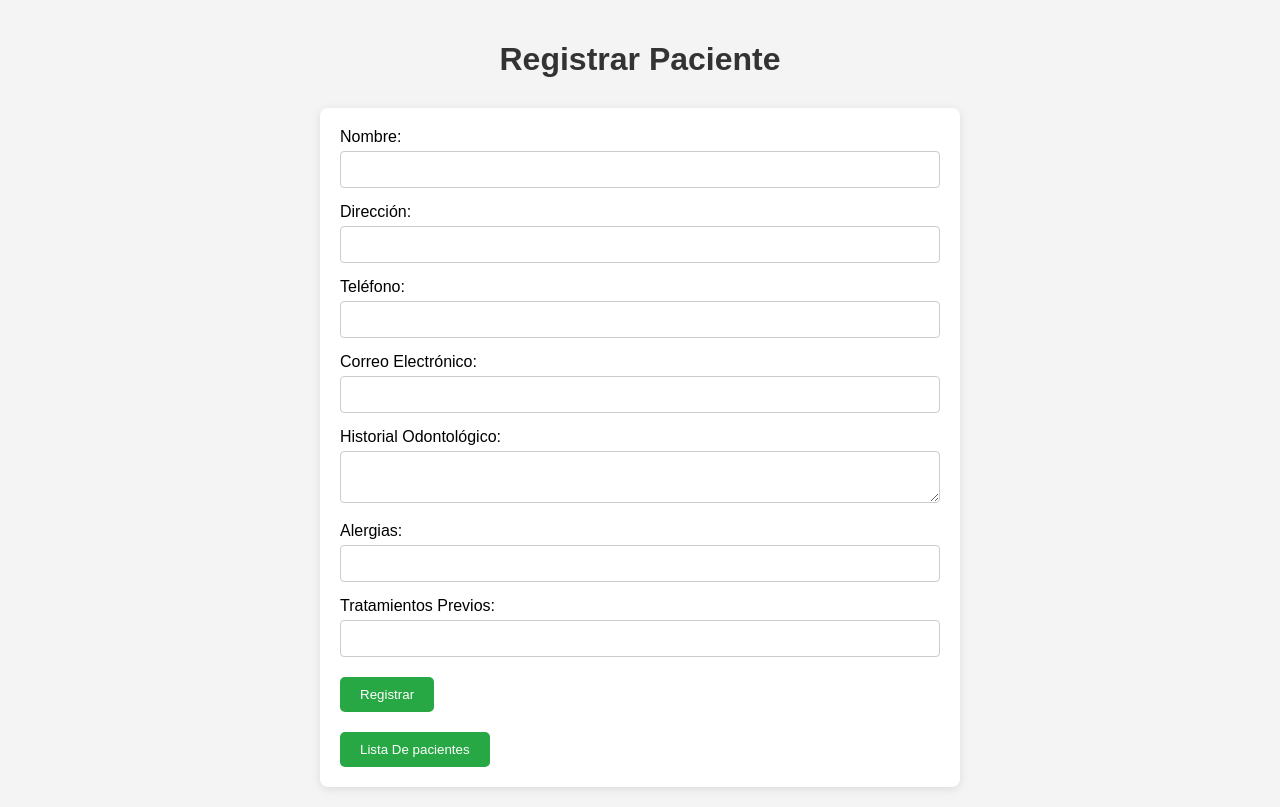
Repository: Aimarvera/LPII_EF_VeraDuran
Page: http://localhost/RegistrarPaciente
These files come from the project's save history. The page is drawn as it stood at one moment and after the next save; the edit follows.
The browser window is 1280 px wide. The pictures show the whole page.
The page is this project's Thymeleaf template; nobody is signed in. The template is opened directly, without the code that normally fills it, so the values that code supplies are empty.

Above is the page before, as saved 2024-10-24 08:52:54.

### Clinica/src/main/resources/templates/RegistrarPaciente.html
<!DOCTYPE html>
<html xmlns:th="http://www.thymeleaf.org">
<head>
    <meta charset="UTF-8">
    <title>Registrar Paciente</title>
    <style>
        body {
            font-family: Arial, sans-serif;
            background-color: #f4f4f4;
            margin: 0;
            padding: 20px;
        }

        h1 {
            color: #333;
            text-align: center;
            margin-bottom: 30px; /* Espaciado debajo del título principal */
        }

        form {
            background-color: white;
            padding: 20px;
            border-radius: 8px; /* Esquinas redondeadas */
            box-shadow: 0 2px 10px rgba(0, 0, 0, 0.1); /* Sombra para el formulario */
            max-width: 600px; /* Ancho máximo del formulario */
            margin: 0 auto; /* Centrar el formulario en la página */
        }

        div {
            margin-bottom: 15px; /* Espacio entre los elementos del formulario */
        }

        label {
            display: block; /* Hacer que las etiquetas ocupen todo el ancho */
            margin-bottom: 5px; /* Espaciado debajo de la etiqueta */
        }

        input, textarea {
            width: 100%; /* Ancho completo para inputs y textareas */
            padding: 10px; /* Espaciado interno */
            border: 1px solid #ccc; /* Borde gris */
            border-radius: 4px; /* Esquinas redondeadas */
            box-sizing: border-box; /* Incluir padding en el ancho total */
        }

        button {
            background-color: #28a745; /* Color de fondo verde */
            color: white; /* Color del texto */
            padding: 10px 20px; /* Espaciado interno */
            border: none; /* Sin borde */
            border-radius: 5px; /* Esquinas redondeadas */
            cursor: pointer; /* Cambia el cursor al pasar el mouse */
            transition: background-color 0.3s; /* Transición suave */
            display: block; /* Para que ocupe el ancho completo */
            margin-top: 20px; /* Espaciado encima del botón */
        }

        button:hover {
            background-color: #218838; /* Color al pasar el mouse */
        }

        a {
            display: block; /* Hacer que el enlace ocupe toda la línea */
            text-align: center; /* Centrar el texto del enlace */
            margin-top: 20px; /* Espaciado encima del enlace */
            color: #007bff; /* Color del enlace */
            text-decoration: none; /* Sin subrayado */
        }

        a:hover {
            text-decoration: underline; /* Subrayar al pasar el mouse */
        }
    </style>
	</head>
	<body>
	    <h1>Registrar Paciente</h1>
		<form action="/pacientes/registrar" method="post">
	        <div>
	            <label for="nombre">Nombre:</label>
	            <input type="text" id="nombre" name="nombre" required>
	        </div>
	        <div>
	            <label for="direccion">Dirección:</label>
	            <input type="text" id="direccion" name="direccion" required>
	        </div>
	        <div>
	            <label for="telefono">Teléfono:</label>
	            <input type="text" id="telefono" name="telefono" required>
	        </div>
	        <div>
	            <label for="email">Correo Electrónico:</label>
	            <input type="email" id="email" name="email" required>
	        </div>
	        <div>
	            <label for="historialOdontologico">Historial Odontológico:</label>
	            <textarea id="historialOdontologico" name="historialOdontologico" required></textarea>
	        </div>
	        <div>
	            <label for="alergias">Alergias:</label>
	            <input type="text" id="alergias" name="alergias">
	        </div>
	        <div>
	            <label for="tratamientosPrevios">Tratamientos Previos:</label>
	            <input type="text" id="tratamientosPrevios" name="tratamientosPrevios">
	        </div>
	        <button type="submit">Registrar</button>
			<button type="submit">Lista De pacientes </button>
	    </form>
	</body>
	</html>

After the next save:
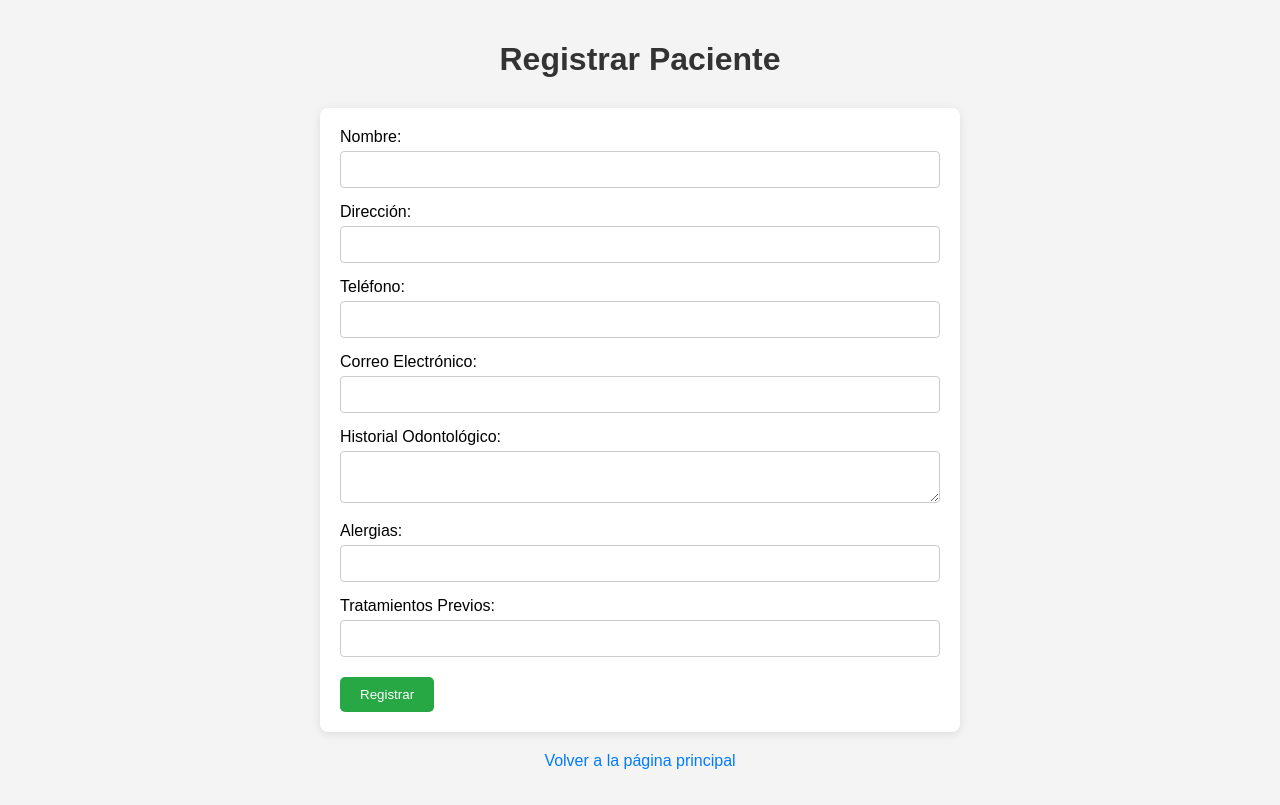
Saved 56 s later.
--- a/Clinica/src/main/resources/templates/RegistrarPaciente.html
+++ b/Clinica/src/main/resources/templates/RegistrarPaciente.html
@@ -104,7 +104,10 @@
 	            <input type="text" id="tratamientosPrevios" name="tratamientosPrevios">
 	        </div>
 	        <button type="submit">Registrar</button>
-			<button type="submit">Lista De pacientes </button>
 	    </form>
+
+		<div class="center">
+		        <a th:href="@{/}">Volver a la página principal</a>
+		    </div>
 	</body>
 	</html>
